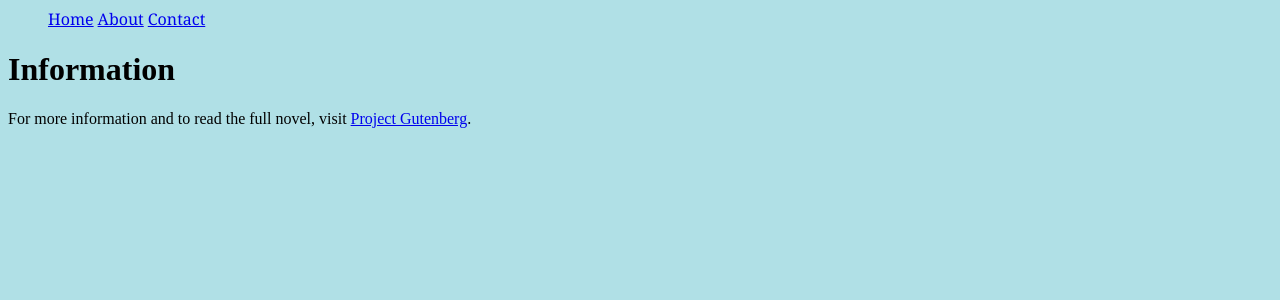
Repository: Brittany-Westlund/WebDesign
Page: Assignment2/info.html
An editor plug-in stored every save of this project. The page is shown before and after the next save, followed by the edit.
The browser window is 1280 px wide. The pictures show the whole page.

Above is the page before, as saved 2025-05-27 01:22:57.

### Assignment2/info.html
<head>
  <link rel="stylesheet" href="style/style.css">
</head>

<body>

<nav>
  <ul>
    <li><a href="index.html">Home</a></li>
    <li><a href="about.html">About</a></li>
    <li><a href="contact.html">Contact</a></li>
  </ul>
</nav>

<h1>Information</h1>
<p>For more information and to read the full novel, visit <a href="https://www.gutenberg.org/ebooks/1342">Project Gutenberg</a>.</p>

</body>

### Assignment2/style/style.css
body {
    background-color: powderblue;
}

header {
    border: 1px solid black;
    padding: 35px;
    text-align: center;
    background-color: snow;
}

li {
    list-style-type: none;
    color: navy;
    display: inline-block;
    font-family: Georgia, serif;
}

After the next save:
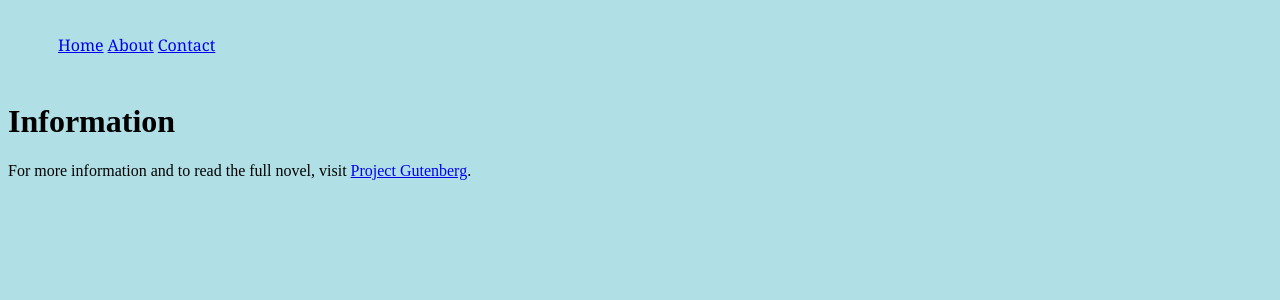
Saved 3 min 1 s later.
--- a/Assignment2/style/style.css
+++ b/Assignment2/style/style.css
@@ -15,3 +15,20 @@ li {
     display: inline-block;
     font-family: Georgia, serif;
 }
+
+nav {
+   display: inline-block;
+   margin: 10px;
+   text-align: center;
+}
+
+div {
+   background-color: snow;
+   padding: 10px;
+}
+
+footer {
+   background-color: snow;
+   padding: 5px;
+   text-align: center;
+}
